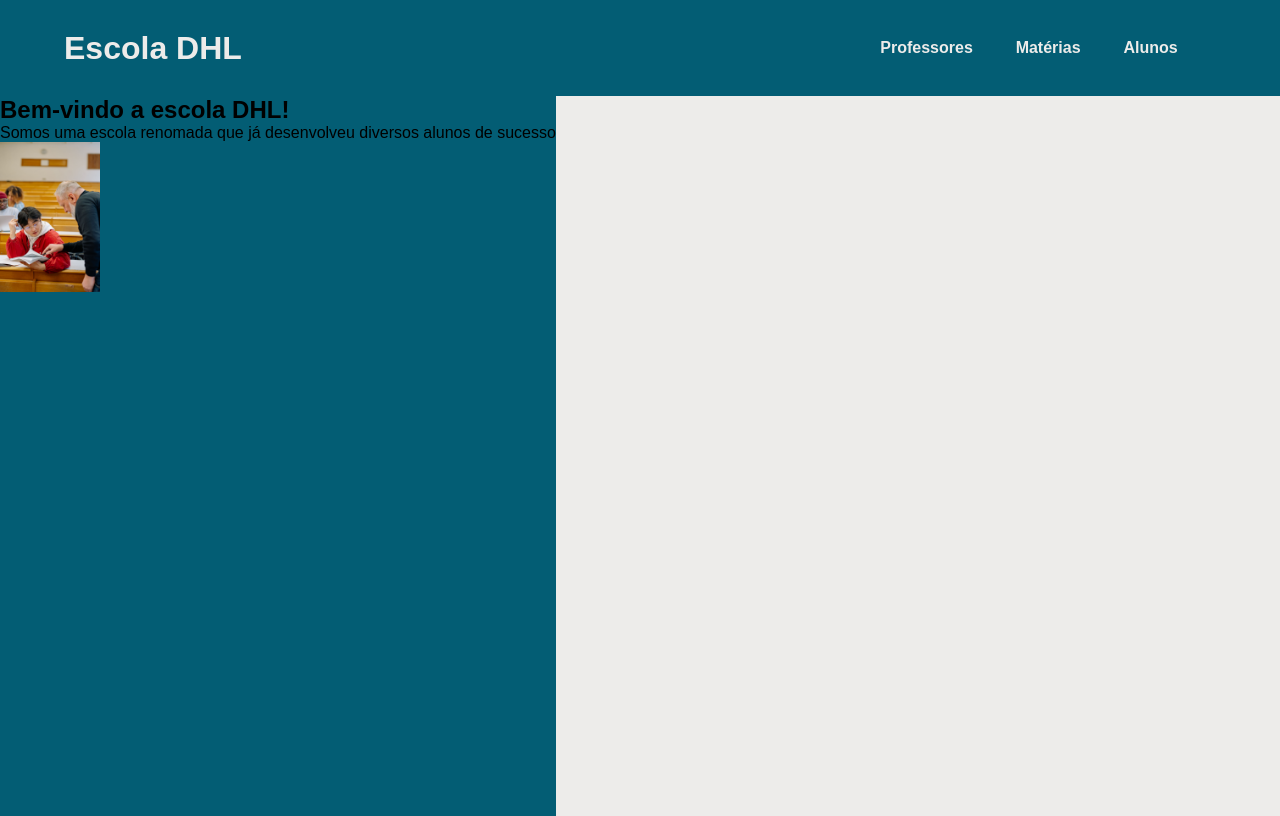
Repository: SirHick/sa-sistema-escola-DHL
Page: front/index.html
The author's editor kept a copy of each file at every save. The page is drawn from the files as they stood at one save, then again after the next save.
The browser window is 1280 px wide. The pictures show the whole page.

Above is the page before, as saved 2026-07-17 15:48:58.

### front/index.html
<!DOCTYPE html>
<html lang="pt-br">
<head>
    <meta charset="UTF-8">
    <meta name="viewport" content="width=device-width, initial-scale=1.0">
    <title>Escola SA</title>
    <link rel="stylesheet" href="style.css">
</head>
<body>


    <header>
        <h1>Escola DHL</h1>
        <nav>
            <a href="">Professores</a>
            <a href="">Matérias</a>
            <a href="">Alunos</a>
        </nav>
    </header>

    <section class = "landing-page">
        <main class = "hero-section">
            <section class = "main-text-hero-section">
                <h2>Bem-vindo a escola DHL!</h2>

                <p>Somos uma escola renomada que já
                    desenvolveu diversos alunos de sucesso</p>
            </section>

            <img src="images/student-and-teacher.jpg" alt="A student receiving help from his teacher">
        </main>
    </section>


    <script src="script.js"></script>
</body>
</html>

### front/style.css
*{
    margin: 0;
    padding: 0;
    box-sizing: border-box;
    object-fit: cover;
    font-family: 'Nunito', sans-serif;
}

img{
    width: 100px;
}

body{
    background: #EDECEA;

}

.landing-page{
    height: 100vh;
    display: flex;
}


header{
    background: #035D74;
    width: 100vw;
    height: 6rem;
    max-height: 8rem;
    display: grid;
    grid-template-columns: 1fr 1fr;
    align-items: center;
    padding-left: 5vw;
    padding-right: 5vw;
}

header h1{
    color: #EDECEA;
}

header nav{
    justify-self: end;

}

header nav a{
    text-decoration: none;
    color: #EDECEA;
    font-weight: 700;
    margin-right: 3vw;
}

.hero-section{
    justify-self: center;
    background-color: #035D74;
}

Loaded but not shown: front/script.js (no stored copy; drawn as an empty file)

After the next save:
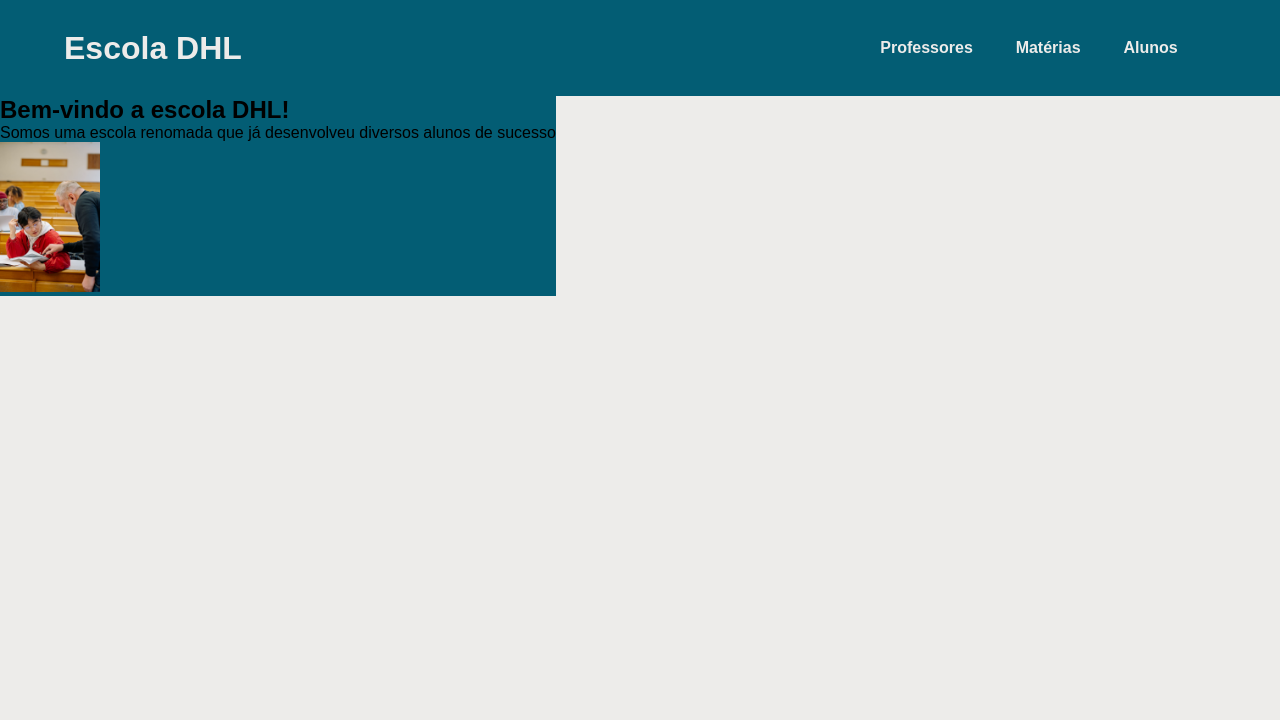
Saved 5 s later.
--- a/front/style.css
+++ b/front/style.css
@@ -16,7 +16,6 @@ body{
 }
 
 .landing-page{
-    height: 100vh;
     display: flex;
 }
 
